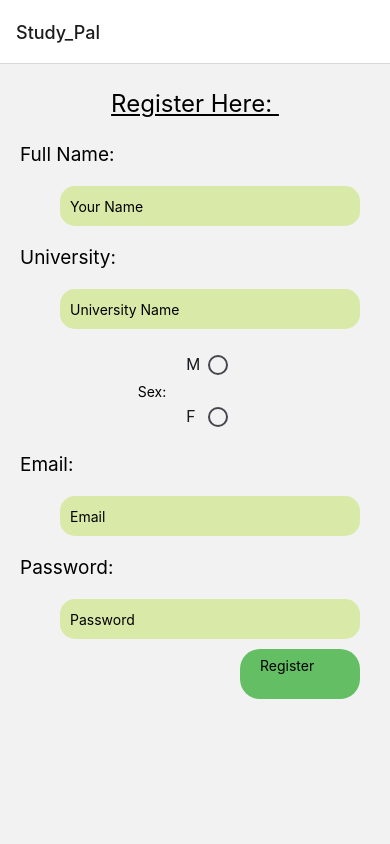
Repository: abdurehmanali611/Study-Pal
Screen: /
An editor plug-in stored every save of this project. The screen is shown before and after the next save, followed by the edit.
The app was drawn by React Native's web renderer in a window 390 px wide. The project was rebuilt for these pictures with package versions that can differ from the ones it lists, and the page was loaded fresh each time. Also part of the build but not shown: Front_Pages/Home.js, Screens/Softwareeng.js, Screens/Computersci.js, Screens/Informationsci.js, Screens/Informationtech.js, Screens/Softwarecards.js, Screens/Computercards.js, Screens/Sciencecards.js and 4 more.

Above is the screen before, as saved 2024-01-23 22:23:19.

After the next save:
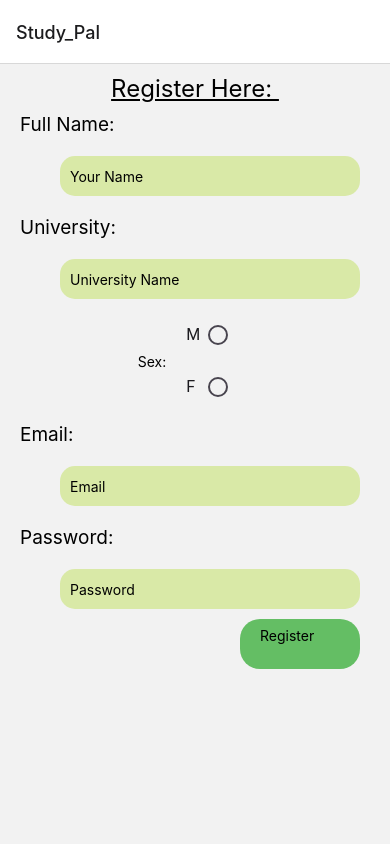
Saved 16 s later.
--- a/Front_Pages/Sign_Up.js
+++ b/Front_Pages/Sign_Up.js
@@ -126,8 +126,7 @@ const styles = StyleSheet.create ({
        marginHorizontal: 20
     },
     title : {
-        alignItems: 'center',
-        marginVertical: 15
+        alignItems: 'center'
     },
     texttitle : {
         fontSize: 24,
